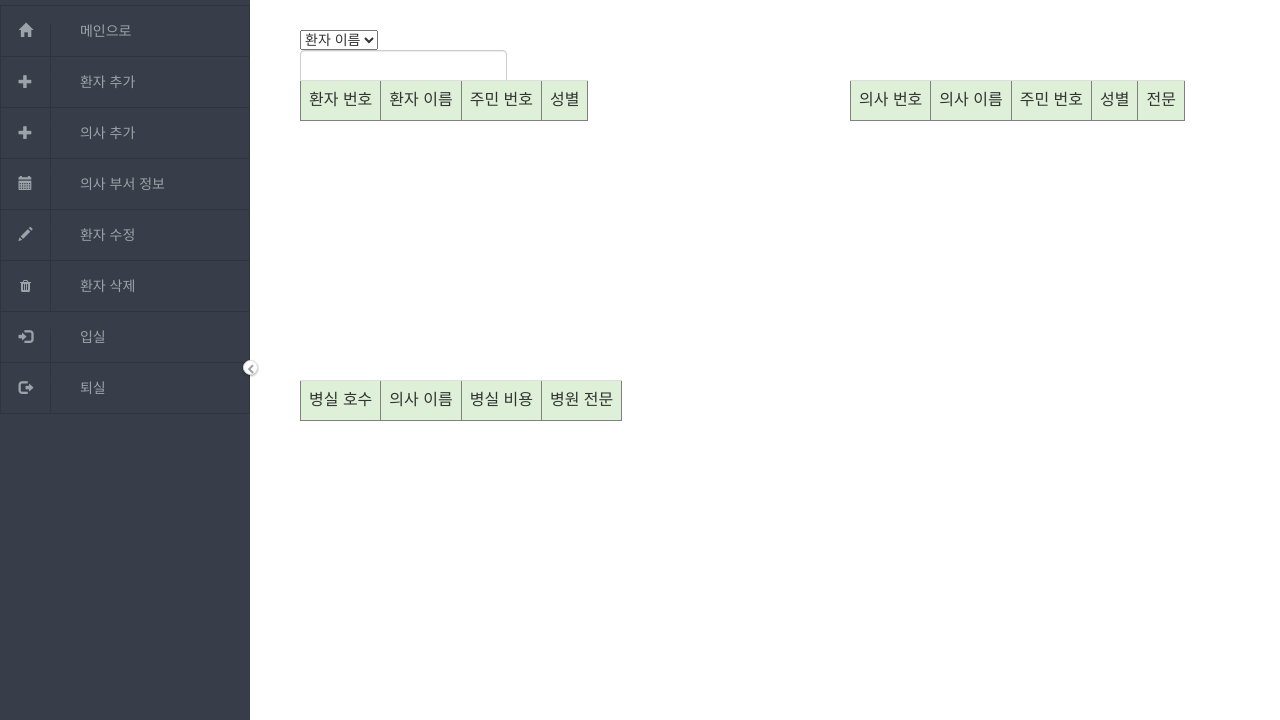
Repository: qaws1134/Hospital_manager
Page: http://localhost/project/main.jsp
These files come from the project's save history. The page is drawn as it stood at one moment and after the next save; the edit follows.
The browser window is 1280 px wide. The pictures show the whole page.
Some web libraries are served in a nearby version. The page is served by Tomcat 9. The template is opened directly, without the code that normally fills it, so the values that code supplies are empty.

Above is the page before, as saved 2017-12-09 16:37:14.
Console error (its wording comes from the project's code and is left out).

After the next save:
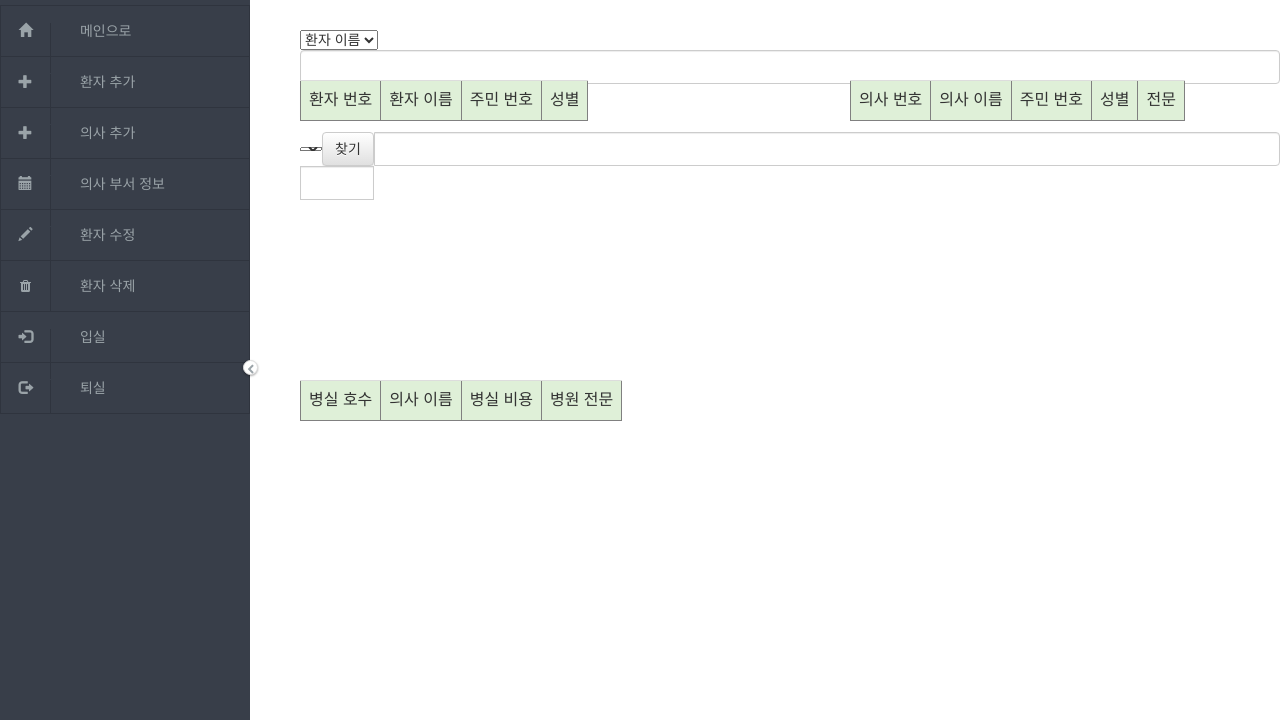
Saved 2 min 36 s later.
--- a/project/WebContent/main.jsp
+++ b/project/WebContent/main.jsp
@@ -216,6 +216,21 @@ nav ul li a span {
 	<input type="text" name="searchValue"  class="form-control">
 	<input type="submit" class="btn btn-default" value="찾기">
 </form>
+
+<div class="input-group">
+  <div class="input-group-btn">
+    <form action="search.do">
+	<select name ="searchName"size ="1">
+		<option value="p_name">환자 이름</option>
+		<option value="d_name">의사 이름</option>
+		<option value="d_cls">병원 종류</option>
+	</select>
+	<input type="text" name="searchValue"  class="form-control">
+	<input type="submit" class="btn btn-default" value="찾기">
+</form>
+  </div>
+  <input type="text" class="form-control" aria-label="...">
+</div>
 </section>
 
 <!-- 환자 정보	 -->
